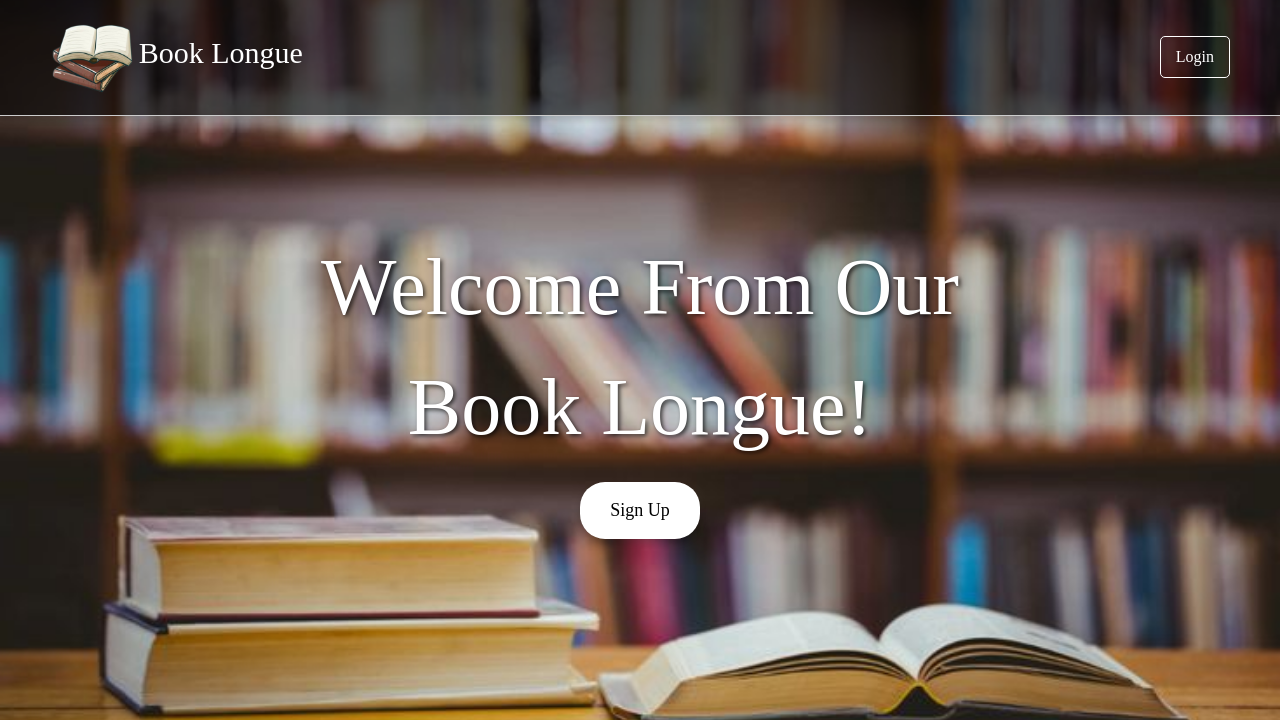
Repository: moehaymanmyint/Book-Longue-Web-System
Page: pages/GetStarted.html
An editor plug-in stored every save of this project. The page is shown before and after the next save, followed by the edit.
The browser window is 1280 px wide. The pictures show the whole page.
Some web fonts or font styles are not loaded; a fallback is used.

Above is the page before, as saved 2024-12-30 12:00:08.

### pages/GetStarted.html
<!DOCTYPE html>
<html lang="en">
<head>
    <meta charset="UTF-8">
    <meta name="viewport" content="width=device-width, initial-scale=1.0">
    <title>Book Longue - Get Started</title>
    <link href="https://cdn.jsdelivr.net/npm/bootstrap@5.3.3/dist/css/bootstrap.min.css" rel="stylesheet" integrity="sha384-QWTKZyjpPEjISv5WaRU9OFeRpok6YctnYmDr5pNlyT2bRjXh0JMhjY6hW+ALEwIH" crossorigin="anonymous">
    <script src="https://cdn.jsdelivr.net/npm/bootstrap@5.3.3/dist/js/bootstrap.bundle.min.js" integrity="sha384-YvpcrYf0tY3lHB60NNkmXc5s9fDVZLESaAA55NDzOxhy9GkcIdslK1eN7N6jIeHz" crossorigin="anonymous"></script>
    <link rel="stylesheet" href="../style/GetStarted.css">
    <link rel="stylesheet" href="https://cdnjs.cloudflare.com/ajax/libs/font-awesome/6.7.2/css/all.min.css" integrity="sha512-Evv84Mr4kqVGRNSgIGL/F/aIDqQb7xQ2vcrdIwxfjThSH8CSR7PBEakCr51Ck+w+/U6swU2Im1vVX0SVk9ABhg==" crossorigin="anonymous" referrerpolicy="no-referrer" />
    <link rel="preconnect" href="https://fonts.googleapis.com">
</head>
<body>
    <div class="nav-bar">
        <div class="left">
            <img src="../src/logo.png" alt="" width="10%">
            <h1>Book Longue</h1>
        </div>
        <div class="right">
            <button type="button" class="login-btn btn btn-light"><a href="../pages/login.html">Login</a></button>
        </div>
    </div>
    <div class="content">
        <h1>Welcome From Our<br>Book Longue!</h1>
        <button type="button" class="btn btn-light"><a href="../pages/signup.html">Sign Up</a></button>
    </div>
</body>
</html>

### style/GetStarted.css
@import url('https://fonts.googleapis.com/css2?family=Playwrite+GB+S:ital,wght@0,100..400;1,100..400&display=swap');
*{
    font-family: "Playwrite GB S", serif;
}
body {
    background-image: url(../src/GetStart-bg.jpg);
    background-size: cover;
    background-repeat: no-repeat;
    background-position: center;
    height: 100vh;
    color: #ffffff;
    font-family: 'Arial', sans-serif;
    margin: 0;
}

.nav-bar {
    display: flex;
    justify-content: space-between;
    align-items: center;
    padding: 20px 50px;
    background-color: rgba(0, 0, 0, 0.6);
    border-bottom: 1px solid #ccc;
    position: fixed;
    width: 100%;
    z-index: 10;
    box-shadow: 0px 4px 6px rgba(0, 0, 0, 0.1);
}

.nav-bar .left {
    display: flex;
    justify-content: start;
    align-items: center;
}

.nav-bar .left img {
    width: 8%;
}

.nav-bar h1 {
    font-size: 30px;
    color: #fff;
}

.nav-bar button {
    border: 1px solid #fff;
    background-color: transparent;
    color: #fff;
    padding: 8px 15px;
    border-radius: 5px;
    cursor: pointer;
    transition: 0.3s;
}

.nav-bar button:hover {
    background-color: #fff;
    color: #000;
}

.right a {
    text-decoration: none;
    color: white;
}

.right a:hover{
    color: #000;
}

.content a {
    text-decoration: none;
    color: black;
}

.content {
    display: flex;
    flex-direction: column;
    align-items: center;
    justify-content: center;
    text-align: center;
    height: 100%;
    padding-top: 30px;
}

.content h1 {
    font-size: 80px;
    text-align: center;
    line-height: 1.5;
    margin: 15px 0;
    color: #ffffff;
    text-shadow: 2px 2px 4px rgba(0, 0, 0, 0.7);
}
.content button {
    border: none;
    padding: 15px 30px;
    font-size: 18px;
    color: #000;
    background-color: #fff;
    border-radius: 25px;
    cursor: pointer;
    box-shadow: 0px 4px 6px rgba(0, 0, 0, 0.2);
    transition: 0.3s;
}

.content button:hover {
    background-color: #9d2f2f;
    color: #fff;
    transform: translateY(-2px);
}

After the next save:
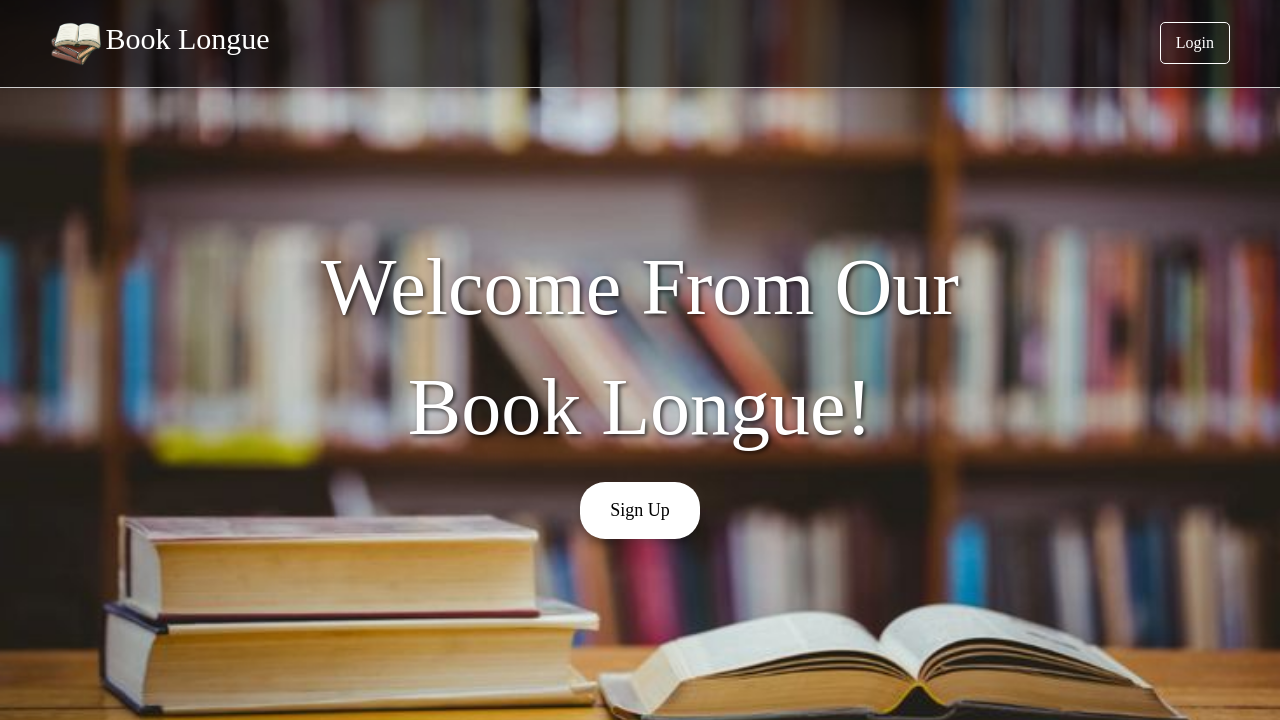
Saved 3 min 12 s later.
--- a/style/GetStarted.css
+++ b/style/GetStarted.css
@@ -33,7 +33,7 @@ body {
 }
 
 .nav-bar .left img {
-    width: 8%;
+    width: 5%;
 }
 
 .nav-bar h1 {
